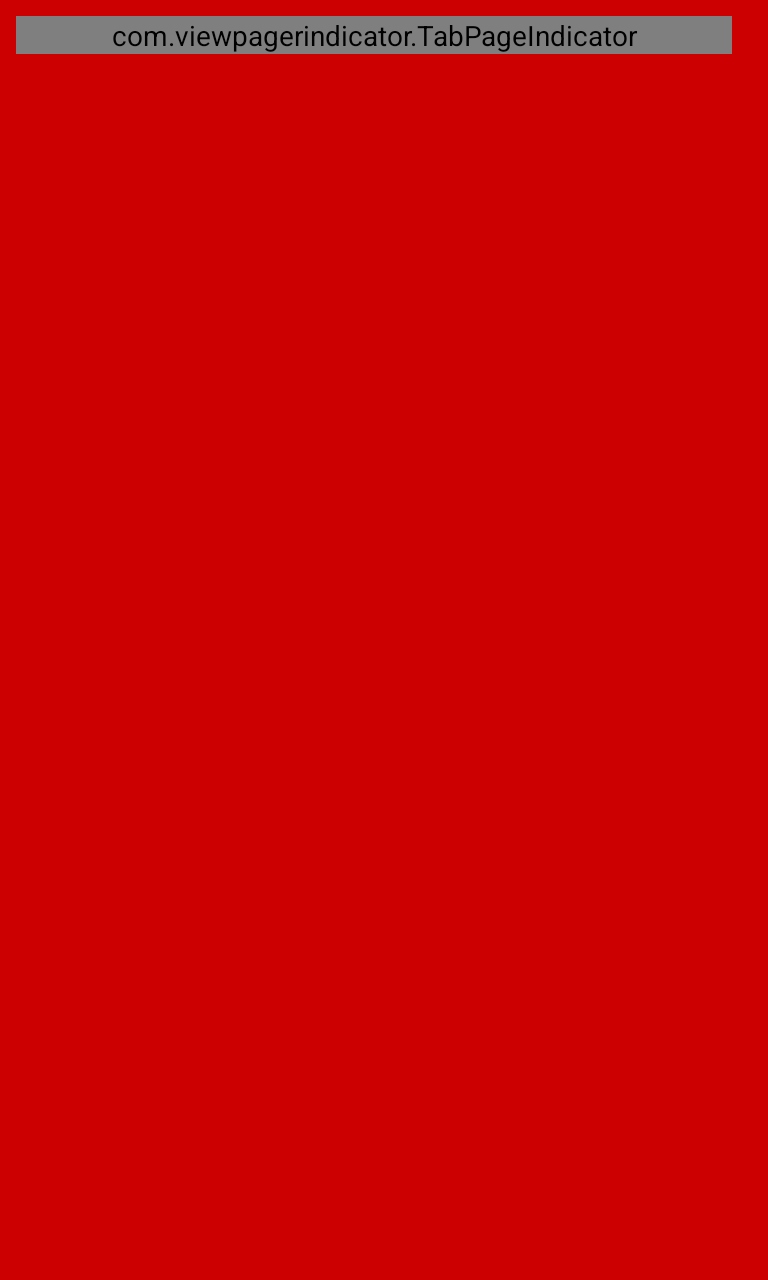
Repository: erwasambo/greendevelopment
Layout: GreenDevelopment/NASCuisine/res/layout/layout_patients_fragment.xml
An editor plug-in stored every save of this project. The layout is shown before and after the next save, followed by the edit.
Pictures or frames that could not be fetched are drawn as grey boxes. It is drawn on a 768 x 1280 px phone screen (xhdpi) without system bars, with theme AppTheme; the app's code is not run. Lists and similar views that code fills are empty.

Above is the layout before, as saved 2013-12-04 08:21:19.

After the next save:
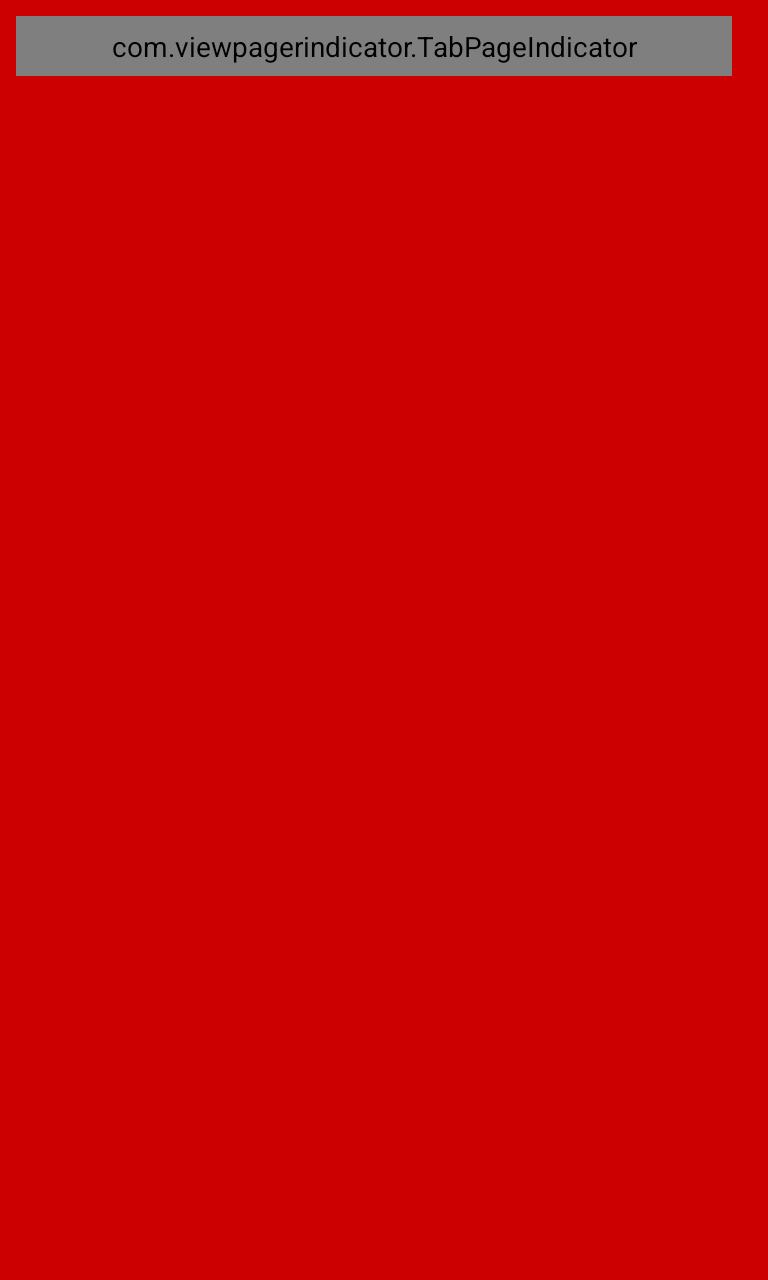
Saved 44 s later.
--- a/GreenDevelopment/NASCuisine/res/layout/layout_patients_fragment.xml
+++ b/GreenDevelopment/NASCuisine/res/layout/layout_patients_fragment.xml
@@ -18,7 +18,7 @@
 
 		    <com.viewpagerindicator.TabPageIndicator
 		        android:id="@+id/indicator"
-		        android:layout_height="fill_parent"
+		        android:layout_height="30dp"
 		        android:layout_width="fill_parent"
 		        android:color="@color/black"
 		        />
